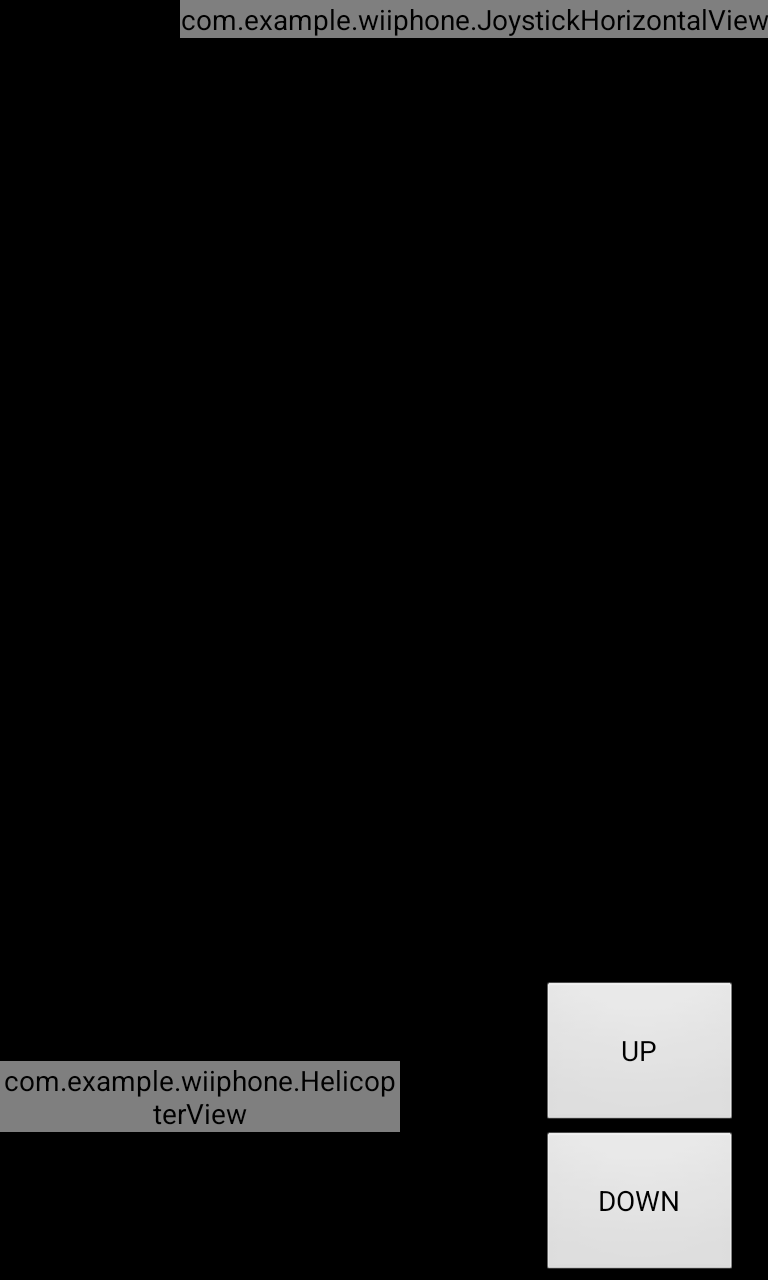
Repository: Malow/PhoneGame
Layout: Android/WiiPhone/res/layout/helicopter_main.xml
The author's editor kept a copy of each file at every save. The layout is drawn from the files as they stood at one save, then again after the next save.
Pictures or frames that could not be fetched are drawn as grey boxes. It is drawn on a 768 x 1280 px phone screen (xhdpi) without system bars, with theme android:Theme.NoTitleBar.Fullscreen; the app's code is not run.

Above is the layout before, as saved 2013-04-22 14:15:35.

### Android/WiiPhone/res/layout/helicopter_main.xml
<?xml version="1.0" encoding="utf-8"?>
<RelativeLayout xmlns:android="http://schemas.android.com/apk/res/android"
    android:layout_width="fill_parent"
    android:layout_height="fill_parent"
    android:orientation="horizontal" >
    <com.example.wiiphone.JoystickHorizontalView
        android:id="@+id/joyview"
        android:layout_width="wrap_content"
        android:layout_height="wrap_content"
        android:layout_alignParentRight="true" />

    <Button
        android:id="@+id/button1"
        android:layout_width="wrap_content"
        android:layout_height="wrap_content"
        android:layout_alignParentBottom="true"
        android:layout_alignParentRight="true"
        android:layout_marginRight="14dp"
        android:height="75dp"
        android:text="@string/button_down"
        android:width="100dp" />

    <Button
        android:id="@+id/button2"
        android:layout_width="wrap_content"
        android:layout_height="wrap_content"
        android:layout_above="@+id/button1"
        android:layout_alignLeft="@+id/button1"
        android:height="75dp"
        android:text="@string/button_up"
        android:width="100dp" />

    <com.example.wiiphone.HelicopterView
        android:id="@+id/helicopterview"
        android:layout_width="wrap_content"
        android:layout_height="wrap_content"
        android:layout_alignBaseline="@+id/button2"
        android:layout_alignBottom="@+id/button2"
        android:layout_marginRight="70dp"
        android:layout_toLeftOf="@+id/button2" />

</RelativeLayout>

### Android/WiiPhone/res/values/strings.xml
<?xml version="1.0" encoding="utf-8"?>
<resources>

    <string name="app_name">WiiPhone</string>
    <string name="action_settings">Settings</string>
    <string name="hello_world">Hello world!</string>
    <string name="start_button_text">this button starts the program</string>
    <string name="choose_game_button_1">Star Chaser</string>
	<string name="choose_game_button_2">Labyrinth</string>
	<string name="choose_game_button_3">Game 3</string>
	<string name="button_up">UP</string>
	<string name="button_down">DOWN</string>
</resources>

After the next save:
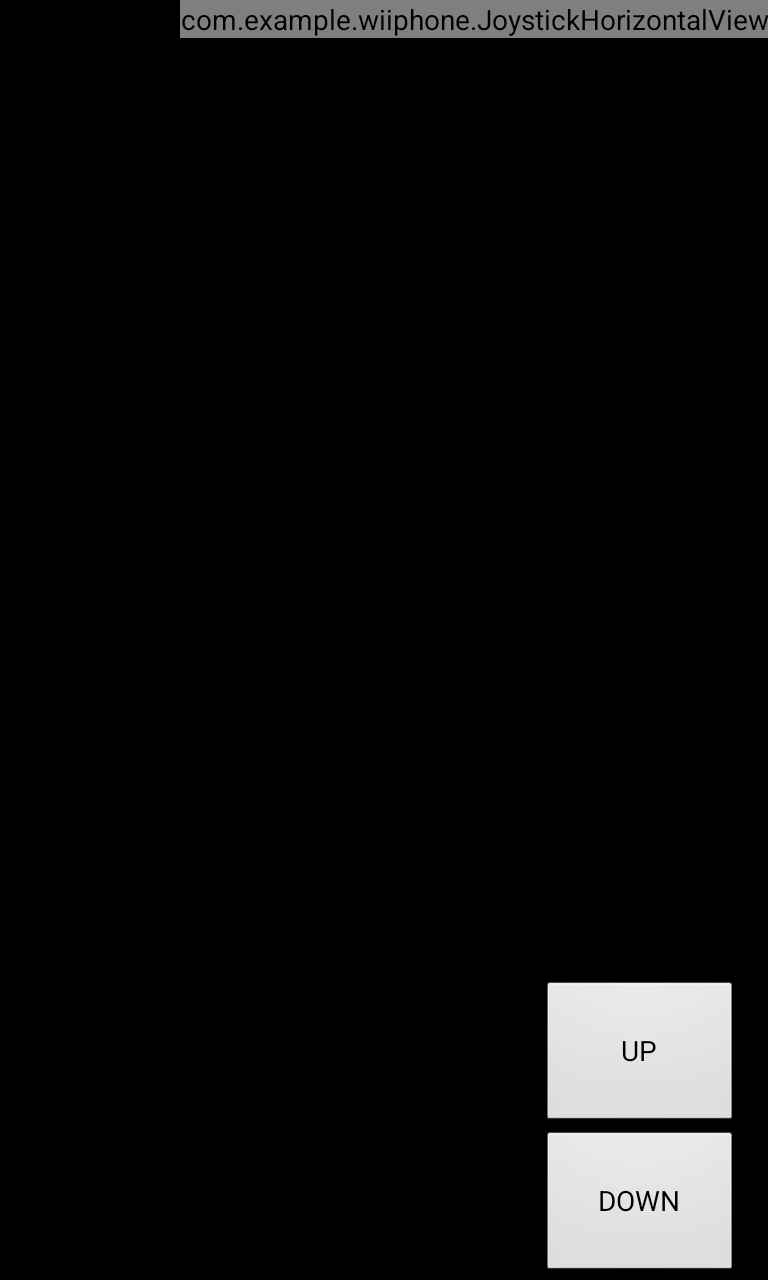
Saved 47 s later.
--- a/Android/WiiPhone/res/layout/helicopter_main.xml
+++ b/Android/WiiPhone/res/layout/helicopter_main.xml
@@ -3,6 +3,12 @@
     android:layout_width="fill_parent"
     android:layout_height="fill_parent"
     android:orientation="horizontal" >
+
+    <com.example.wiiphone.HelicopterView
+        android:id="@+id/helicopterview"
+        android:layout_width="wrap_content"
+        android:layout_height="wrap_content"
+        android:layout_alignParentRight="true" />
     <com.example.wiiphone.JoystickHorizontalView
         android:id="@+id/joyview"
         android:layout_width="wrap_content"
@@ -30,13 +36,4 @@
         android:text="@string/button_up"
         android:width="100dp" />
 
-    <com.example.wiiphone.HelicopterView
-        android:id="@+id/helicopterview"
-        android:layout_width="wrap_content"
-        android:layout_height="wrap_content"
-        android:layout_alignBaseline="@+id/button2"
-        android:layout_alignBottom="@+id/button2"
-        android:layout_marginRight="70dp"
-        android:layout_toLeftOf="@+id/button2" />
-
 </RelativeLayout>
